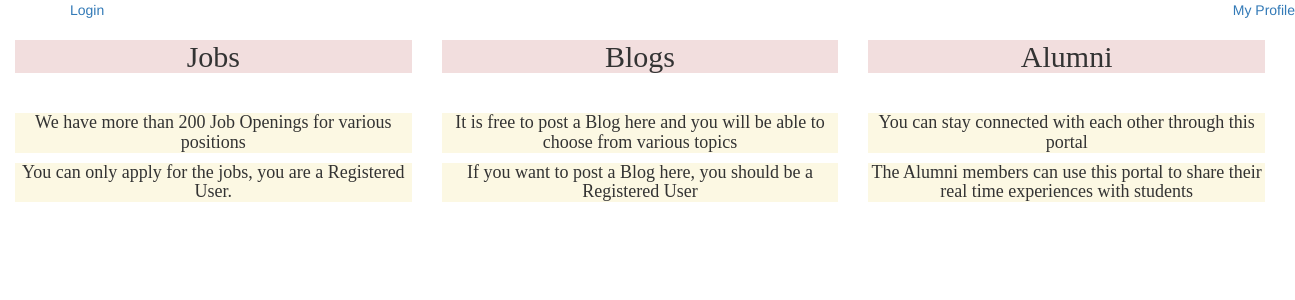
Repository: KaustubhKamat/CollaborationPlatform
Page: CollaborationFrontEnd/WebContent/c_common/Home.html
These files come from the project's save history. The page is drawn as it stood at one moment and after the next save; the edit follows.
The browser window is 1280 px wide. The page is 1295 px wide, so the pictures cover 1295 px, including what lies to the right of the window. The pictures show the whole page.
Some web libraries are served in a nearby version.

Above is the page before, as saved 2017-03-09 11:51:34.

After the next save:
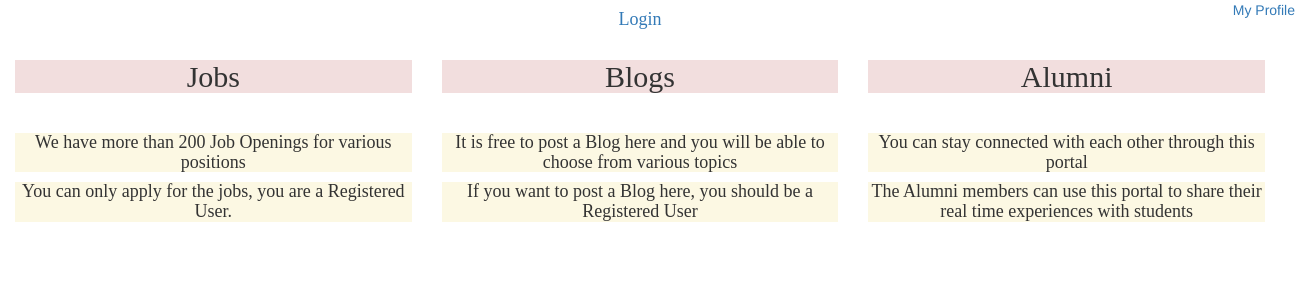
Saved 14 s later.
--- a/CollaborationFrontEnd/WebContent/c_common/Home.html
+++ b/CollaborationFrontEnd/WebContent/c_common/Home.html
@@ -35,7 +35,7 @@ h4 {
 
 <div ng-hide="currentUser.id" class="container">
 <div class="nav navbar-nav navbar-right"></div>
-<a href="#/login">Login</a>
+<h4><a href="#/login">Login</a></h4>
 
 </div>
 
